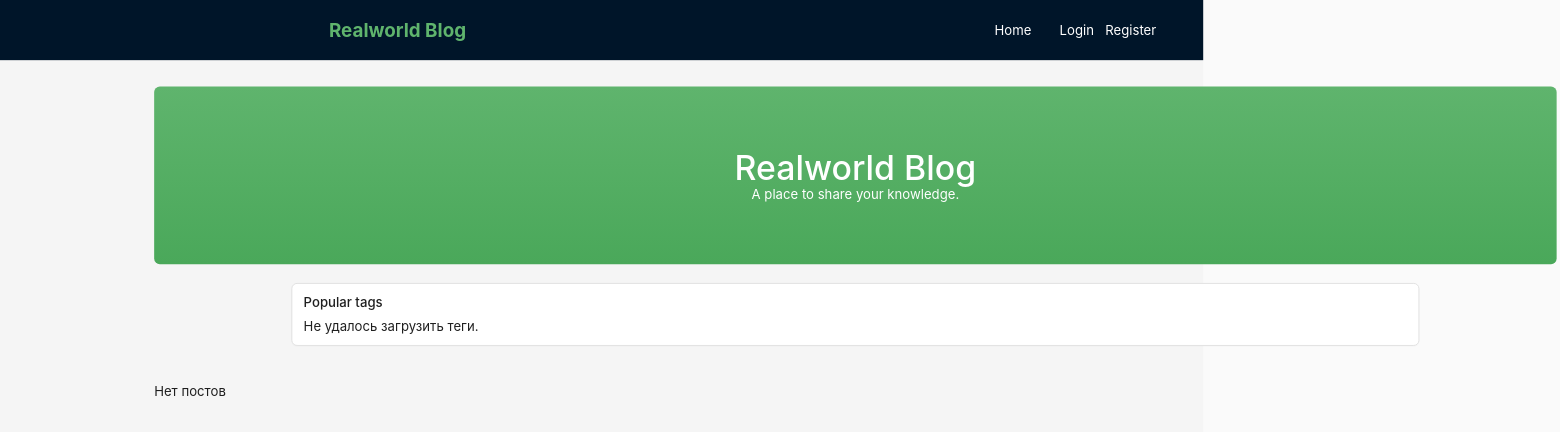
Repository: Rafged/S1mple-blog
Page: / (app in S1mple-blog-main/)
The author's editor kept a copy of each file at every save. The page is drawn from the files as they stood at one save, then again after a run of saves.
The browser window is 1280 px wide. The page is 1660 px wide, then 1280 px, so the pictures cover 1660 px, including what lies to the right of the window. The pictures show the whole page, at 94% of full size.
The page's requests for data from a server got no answer. The project was rebuilt for these pictures with package versions that can differ from the ones it lists, and the page was loaded fresh each time. No one was signed in, and anything a server would have sent is missing. Also part of the build but not shown: S1mple-blog-main/vite.config.js, S1mple-blog-main/src/pages/Login.jsx, S1mple-blog-main/src/pages/Register.jsx, S1mple-blog-main/src/pages/NewPost.jsx, S1mple-blog-main/src/pages/Settings.jsx, S1mple-blog-main/src/pages/Article.jsx, S1mple-blog-main/src/pages/Profile.css, S1mple-blog-main/src/pages/Profile.jsx.

Above is the page before, as saved 2025-10-06 14:48:22.

### S1mple-blog-main/index.html
<!doctype html>
<html lang="ru">
  <head>
    <meta charset="utf-8" />
    <meta name="viewport" content="width=device-width, initial-scale=1.0" />
    <title>Realworld Vite React</title>
  </head>
  <body>
    <div id="root"></div>
    <script type="module" src="/src/main.jsx"></script>
  </body>
</html>

### S1mple-blog-main/src/main.jsx
import React from 'react'
import { createRoot } from 'react-dom/client'
import { BrowserRouter } from 'react-router-dom'
import App from './App'
import 'antd/dist/reset.css'
import './styles.css'

createRoot(document.getElementById('root')).render(
  <React.StrictMode>
    <BrowserRouter>
      <App/>
    </BrowserRouter>
  </React.StrictMode>
)

### S1mple-blog-main/src/App.jsx
import React, { useEffect, useState } from 'react'
import { Routes, Route, Link, useNavigate } from 'react-router-dom'
import { Layout, Button } from 'antd'
import Home from './pages/Home'
import Login from './pages/Login'
import Register from './pages/Register'
import NewPost from './pages/NewPost'
import Settings from './pages/Settings'
import Article from './pages/Article'
import Profile from './pages/Profile'

const { Header, Content } = Layout

function getUsername(){ return localStorage.getItem('username') || null }

export default function App(){
  const [auth, setAuth] = useState(!!localStorage.getItem('token'))
  const navigate = useNavigate()

  useEffect(()=> {
    function onStorage(){ setAuth(!!localStorage.getItem('token')) }
    window.addEventListener('storage', onStorage)
    return ()=> window.removeEventListener('storage', onStorage)
  },[])

  function doLogout(){
    try{
      localStorage.removeItem('token'); localStorage.removeItem('username'); localStorage.removeItem('user');
    }catch(e){}
    setAuth(false);
    navigate('/');
    window.location.reload();
  }

  return (
    <Layout style={{minHeight:'100vh'}}>
      <Header style={{display:'flex', alignItems:'center', justifyContent:'space-between'}}>
        <div style={{color:'#5fb46d', fontWeight:700, fontSize: '20px', marginLeft: 300}}>Realworld Blog</div>
        <div>
          <Link to="/" style={{marginRight:30, color:'#fff'}}>Home</Link>
          {auth && <Link to="/new" style={{marginRight:25, color:'#fff'}}>New post</Link>}
          {auth && <Link to="/settings" style={{marginRight:20, color:'#fff'}}>Settings</Link>}
          {auth ? (
            <>
              <Link to={ getUsername() ? ('/profile/' + getUsername()) : '/profile' } style={{marginRight:25, color:'#fff'}}>
                Hi, {getUsername() || 'Unknown'}
              </Link>
              <Button onClick={doLogout}>Log out</Button>
            </>
          ) : (
            <>
              <Link to="/login" style={{marginRight:12, color:'#fff'}}>Login</Link>
              <Link to="/register" style={{color:'#fff'}}>Register</Link>
            </>
          )}
        </div>
      </Header>
      <Content style={{padding:24}}>
        <div style={{maxWidth:960, margin:'0 auto'}}>
          <Routes>
            <Route path="/" element={<Home/>}/>
            <Route path="/login" element={<Login onAuth={() => setAuth(true)}/>}/>
            <Route path="/register" element={<Register onAuth={() => setAuth(true)}/>}/>
            <Route path="/new" element={<NewPost/>}/>
            <Route path="/settings" element={<Settings/>}/>
            <Route path="/article/:slug" element={<Article/>}/>
            <Route path="/profile" element={<Profile/>}/>
            <Route path="/profile/:username" element={<Profile/>}/>
          </Routes>
        </div>
      </Content>
    </Layout>
  )
}

### S1mple-blog-main/src/styles.css
:root{ --green: #55b36b }
body{ font-family: Inter, "Open Sans", Arial, sans-serif; margin:0; background:#fafafa; color:#222 }
.container{ width:1500px; margin:0 auto; padding:4px }
.brand{ color:var(--green); font-weight:700; font-size:20px; margin-right:12px }
.banner{ background:linear-gradient(180deg,#5fb46d,#4aa85a); color:#fff; padding:66px; border-radius:6px; margin-bottom:20px }
.meta{ color:#777; margin-top:6px }


/* Cards and Popular Tags box */
.popular-box{
  border:1px solid #e0e0e0;
  border-radius:6px;
  padding:12px;
  background:#fff;
  box-shadow: 0 1px 0 rgba(0,0,0,0.02);
  margin-bottom:20px;
}
.tag-btn{
  padding:6px 10px;
  border-radius:16px;
  border:1px solid #ddd;
  background:#fff;
  cursor:pointer;
  font-size:13px;
}
.article-card{
  border:1px solid #e0e0e0;
  border-radius:6px;
  padding:16px;
  background:#fff;
  margin-bottom:18px;
  margin-left: 1px;
  width: 950px;
  box-shadow: 0 1px 0 rgba(0,0,0,0.02);
}
.article-meta{ color:#7a7a7a; margin-bottom:6px; font-size:14px }
.favorite-badge{
  border:1px solid #5cb85c;
  padding:6px 10px;
  border-radius:8px;
  background:#fff;
  cursor:pointer;
  font-weight:600;
  display:inline-flex;
  align-items:center;
  gap:8px;
}

### S1mple-blog-main/src/pages/Home.jsx
import React, { useEffect, useState } from 'react'
import { getArticles, favoriteArticle, unfavoriteArticle } from '../api'
import { Link } from 'react-router-dom'
import PopularTags from '../components/PopularTags'
import Pagination from '../components/Pagination'

export default function Home(){
  const [articles, setArticles] = useState([])
  const [currentPage, setCurrentPage] = useState(1)
  const [totalPages, setTotalPages] = useState(1)
  const limit = 3

  useEffect(()=> {
    load(currentPage)
  },[currentPage])

  async function load(page = 1){
    try{
      const offset = (page-1)*limit
      const res = await getArticles(`?limit=${limit}&offset=${offset}`)
      setArticles(res.articles || [])
      const count = res.articlesCount || (res.articles ? res.articles.length : 0)
      setTotalPages(Math.max(1, Math.ceil(count / limit)))
    }catch(e){
      console.error(e)
    }
  }

  async function toggleFav(a){
    if(!localStorage.getItem('token')){ alert('Войдите чтобы оценивать'); return; }
    try{
      if(a.favorited) await unfavoriteArticle(a.slug)
      else await favoriteArticle(a.slug)
      await load(currentPage)
    }catch(e){ console.error(e); alert('Ошибка') }
  }

  return (
    <div className="container">
      <div className="banner" style={{textAlign:'center'}}>
        <h1 style={{margin:0, fontSize:36}}>Realworld Blog</h1>
        <p style={{margin:0}}>A place to share your knowledge.</p>
      </div>

      {/* Popular tags at center top */}
      <div style={{display:'flex', justifyContent:'center', marginBottom:20}}>
        <div style={{maxWidth:1200, width:'100%'}}>
          <PopularTags />
        </div>
      </div>

      <div>
        {articles.length === 0 ? <div>Нет постов</div> : articles.map(a => (
          <div key={a.slug} className="article-card">
            <div style={{display:'flex', justifyContent:'space-between', alignItems:'flex-start'}}>
              <div>
                <div className="article-meta"><Link to={`/profile`}>{a.author?.username}</Link> · {new Date(a.createdAt).toLocaleDateString()}</div>
                <Link to={`/article/${a.slug}`} style={{textDecoration:'none'}}>
                  <h2 style={{margin:'8px 0', color:'#222'}}>{a.title}</h2>
                </Link>
                <p style={{color:'#555'}}>{a.description || (a.body && a.body.slice(0,200)+'...')}</p>
                <div style={{marginTop:8}}>
                  {a.tagList && a.tagList.map(t => <span key={t} className="tag-btn">{t}</span>)}
                </div>
              </div>
              <div>
                <button className="favorite-badge" onClick={()=>toggleFav(a)} title="Favorite">
                  ❤️ <span style={{marginLeft:6}}>{a.favoritesCount||0}</span>
                </button>
              </div>
            </div>
          </div>
        ))}
        <Pagination currentPage={currentPage} totalPages={totalPages} onPageChange={(p)=>setCurrentPage(p)} />
      </div>
    </div>
  )
}

### S1mple-blog-main/src/api.js
const API = '/api'

function getToken(){
  return localStorage.getItem('token')
}

function authHeaders(){
  const t = getToken()
  return t ? { 'Authorization': 'Token ' + t } : {}
}

async function request(path, opts = {}){
  const headers = { 'Content-Type': 'application/json', ...(opts.headers||{}), ...authHeaders() }
  const res = await fetch(API + path, {...opts, headers})
  const text = await res.text()
  let body = null
  try { body = text ? JSON.parse(text) : {} } catch(e){ body = {raw: text} }
  if(!res.ok) throw { status: res.status, body }
  return body
}

export async function getArticles(query=''){
  return request('/articles' + (query||''))
}

export async function getArticle(slug){
  return request('/articles/' + slug)
}

export async function favoriteArticle(slug){
  return request('/articles/' + slug + '/favorite', { method: 'POST' })
}
export async function unfavoriteArticle(slug){
  return request('/articles/' + slug + '/favorite', { method: 'DELETE' })
}

export async function getTags(){ return request('/tags') }

export async function login(email, password){ return request('/users/login', { method:'POST', body: JSON.stringify({user:{email, password}}) }) }
export async function register(username,email,password){ return request('/users', { method:'POST', body: JSON.stringify({user:{username,email,password}}) }) }
export async function getCurrentUser(){ return request('/user') }
export async function updateUser(payload){ return request('/user', { method:'PUT', body: JSON.stringify({user: payload}) }) }

export async function createArticle(article){ return request('/articles', { method:'POST', body: JSON.stringify({article}) }) }
export async function getArticlesByAuthor(author){ return request('/articles?author=' + encodeURIComponent(author)) }

### S1mple-blog-main/src/components/PopularTags.jsx
import React, { useEffect, useState } from "react";
import { getTags } from "../api";

const PopularTags = () => {
  const [tags, setTags] = useState([]);
  const [error, setError] = useState(null);

  useEffect(() => {
    const fetchTags = async () => {
      try {
        const res = await getTags();
        if (res && res.tags) setTags(res.tags);
      } catch (e) {
        setError(true);
        console.warn("Failed to load tags", e);
      }
    };
    fetchTags();
  }, []);

  return (
    <div className="popular-box">
      <h4 style={{ margin: "0 0 8px 0" }}>Popular tags</h4>
      {error ? (
        <div>Не удалось загрузить теги.</div>
      ) : (
        <div style={{ display: "flex", gap: 8, flexWrap: "wrap" }}>
          {tags.length === 0 ? <span>Нет тегов</span> : tags.map((t) => (
            <button key={t} className="tag-btn">{t}</button>
          ))}
        </div>
      )}
    </div>
  );
};

export default PopularTags;

### S1mple-blog-main/src/components/Pagination.jsx
import React from "react";

const Pagination = ({ articlesCount, limit, currentPage, onPageChange }) => {
  const pages = Math.ceil(articlesCount / limit);

  return (
    <ul className="pagination">
      {Array.from({ length: pages }, (_, i) => (
        <li
          key={i}
          className={`page-item ${currentPage === i + 1 ? "active" : ""}`}
          onClick={() => onPageChange(i + 1)}
        >
          <span className="page-link">{i + 1}</span>
        </li>
      ))}
    </ul>
  );
};

export default Pagination;

After the next 2 saves:
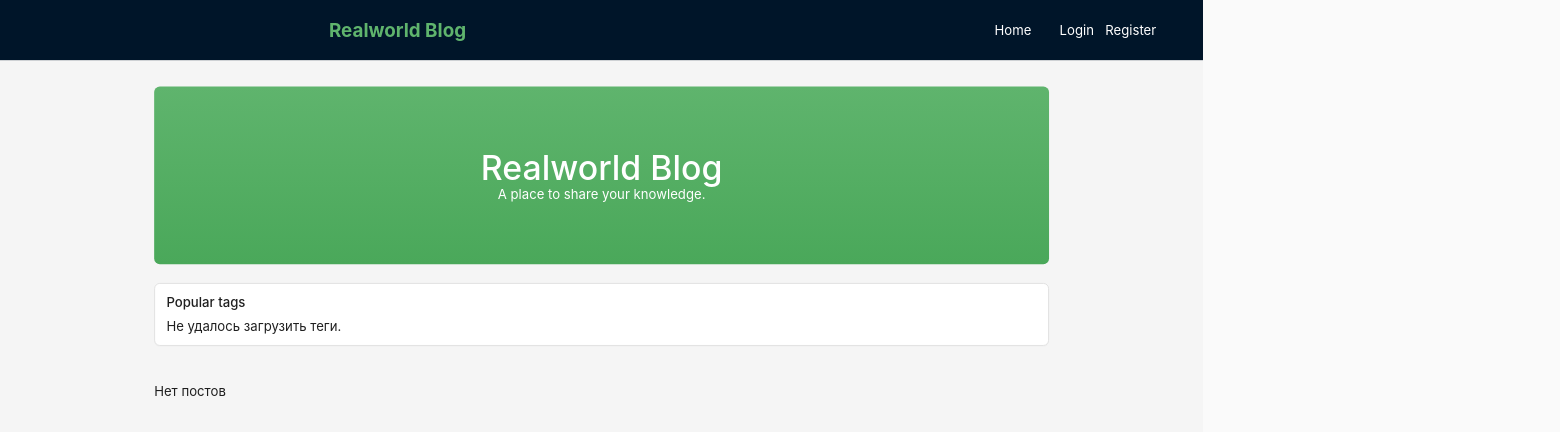
The 2 saves are shown as one change because they came seconds apart.
The last was saved 19 s later.
--- a/S1mple-blog-main/src/styles.css
+++ b/S1mple-blog-main/src/styles.css
@@ -1,6 +1,6 @@
 :root{ --green: #55b36b }
 body{ font-family: Inter, "Open Sans", Arial, sans-serif; margin:0; background:#fafafa; color:#222 }
-.container{ width:1500px; margin:0 auto; padding:4px }
+.container{ max-width:1600px; margin:0 auto; padding:4px }
 .brand{ color:var(--green); font-weight:700; font-size:20px; margin-right:12px }
 .banner{ background:linear-gradient(180deg,#5fb46d,#4aa85a); color:#fff; padding:66px; border-radius:6px; margin-bottom:20px }
 .meta{ color:#777; margin-top:6px }
@@ -30,7 +30,7 @@ body{ font-family: Inter, "Open Sans", Arial, sans-serif; margin:0; background:#
   background:#fff;
   margin-bottom:18px;
   margin-left: 1px;
-  width: 950px;
+  width: 960px;
   box-shadow: 0 1px 0 rgba(0,0,0,0.02);
 }
 .article-meta{ color:#7a7a7a; margin-bottom:6px; font-size:14px }
